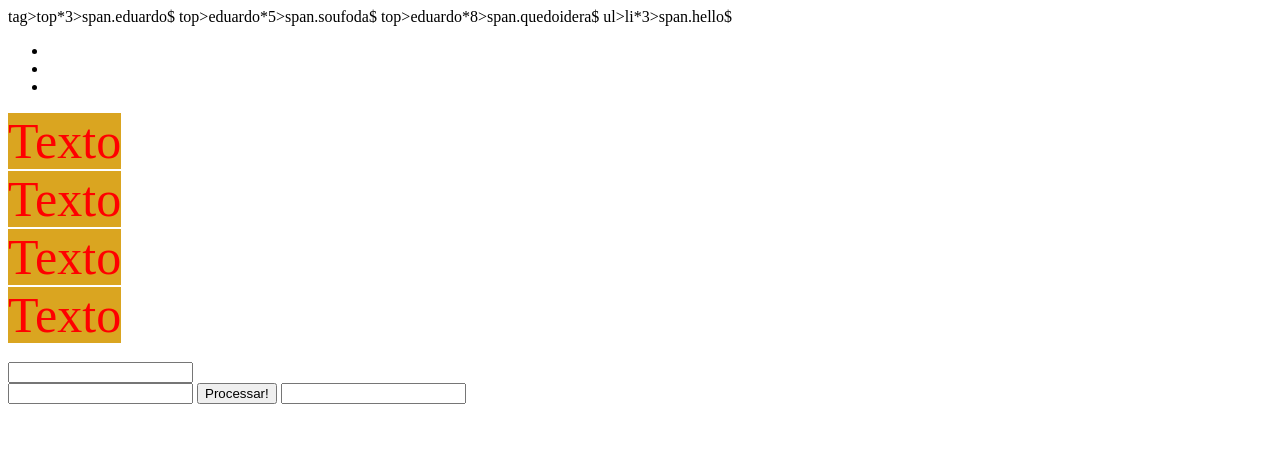
Repository: Zenxdu/eduardo
Page: html/anatomiaTag.html
These files come from the project's save history. The page is drawn as it stood at one moment and after the next save; the edit follows.
The browser window is 1280 px wide. The pictures show the whole page.

Above is the page before, as saved 2023-01-09 16:08:58.

After the next save:
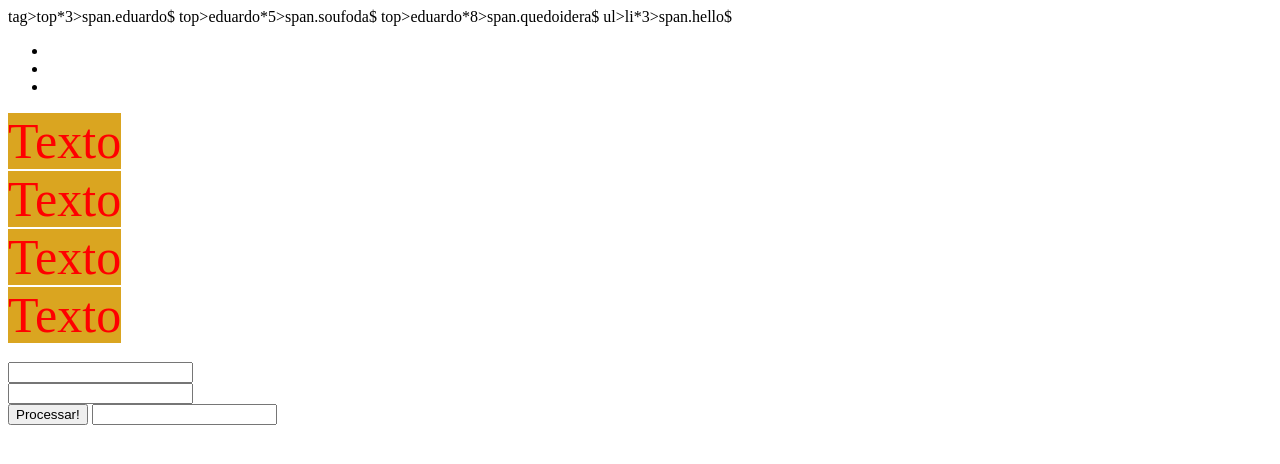
Saved 42 s later.
--- a/html/anatomiaTag.html
+++ b/html/anatomiaTag.html
@@ -59,7 +59,7 @@
     <!-- Corpo da Tag -->
    </tag>
 
-   <tag param1="valor1" param2='valor2' />
+   <tag param1="valor1" param2='valor2' /><br>
 
    <input type="button" value="Processar!">
 
